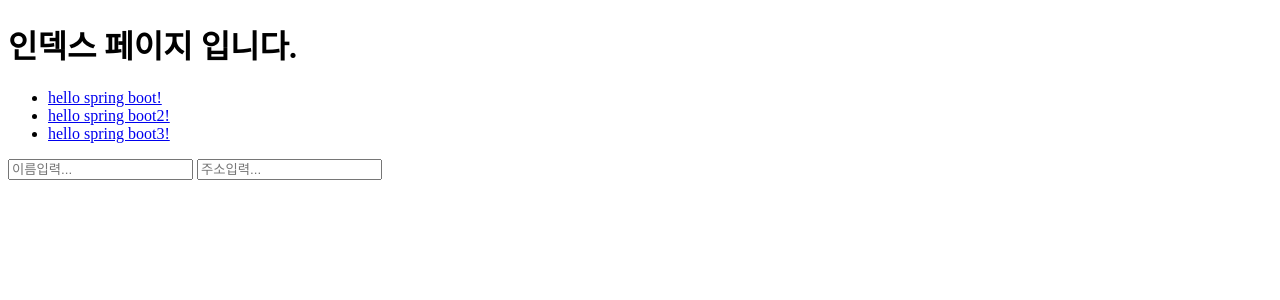
Repository: Saeunnnnni/acornClass_spring
Page: Boot03_Controller/src/main/resources/static/index.html
These files come from the project's save history. The page is drawn as it stood at one moment and after the next save; the edit follows.
The browser window is 1280 px wide. The pictures show the whole page.

Above is the page before, as saved 2023-07-11 03:41:18.

### Boot03_Controller/src/main/resources/static/index.html

<!DOCTYPE html>
<html>
<head>
<meta charset="UTF-8">
<title>Insert title here</title>
</head>
<body>
	<h1>인덱스 페이지 입니다.</h1>
	<ul>
		<li><a href="hello">hello spring boot!</a></li>
		<li><a href="hello2">hello spring boot2!</a></li>
		<li><a href="hello3">hello spring boot3!</a></li>
	</ul>

	<form action="memeber/insert" method="post">
		<input type="text" name="name" placeholder="이름입력..." />
		<input type="text" name="name" placeholder="주소입력..." />
	</form>
</body>
</html>

After the next save:
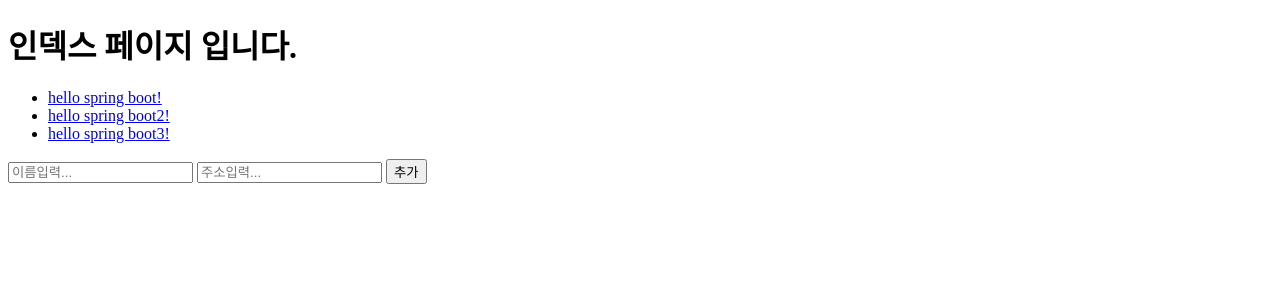
Saved 21 s later.
--- a/Boot03_Controller/src/main/resources/static/index.html
+++ b/Boot03_Controller/src/main/resources/static/index.html
@@ -15,7 +15,8 @@
 
 	<form action="memeber/insert" method="post">
 		<input type="text" name="name" placeholder="이름입력..." />
-		<input type="text" name="name" placeholder="주소입력..." />
+		<input type="text" name="addr" placeholder="주소입력..." />
+		<button type="submit">추가</button>
 	</form>
 </body>
 </html>
